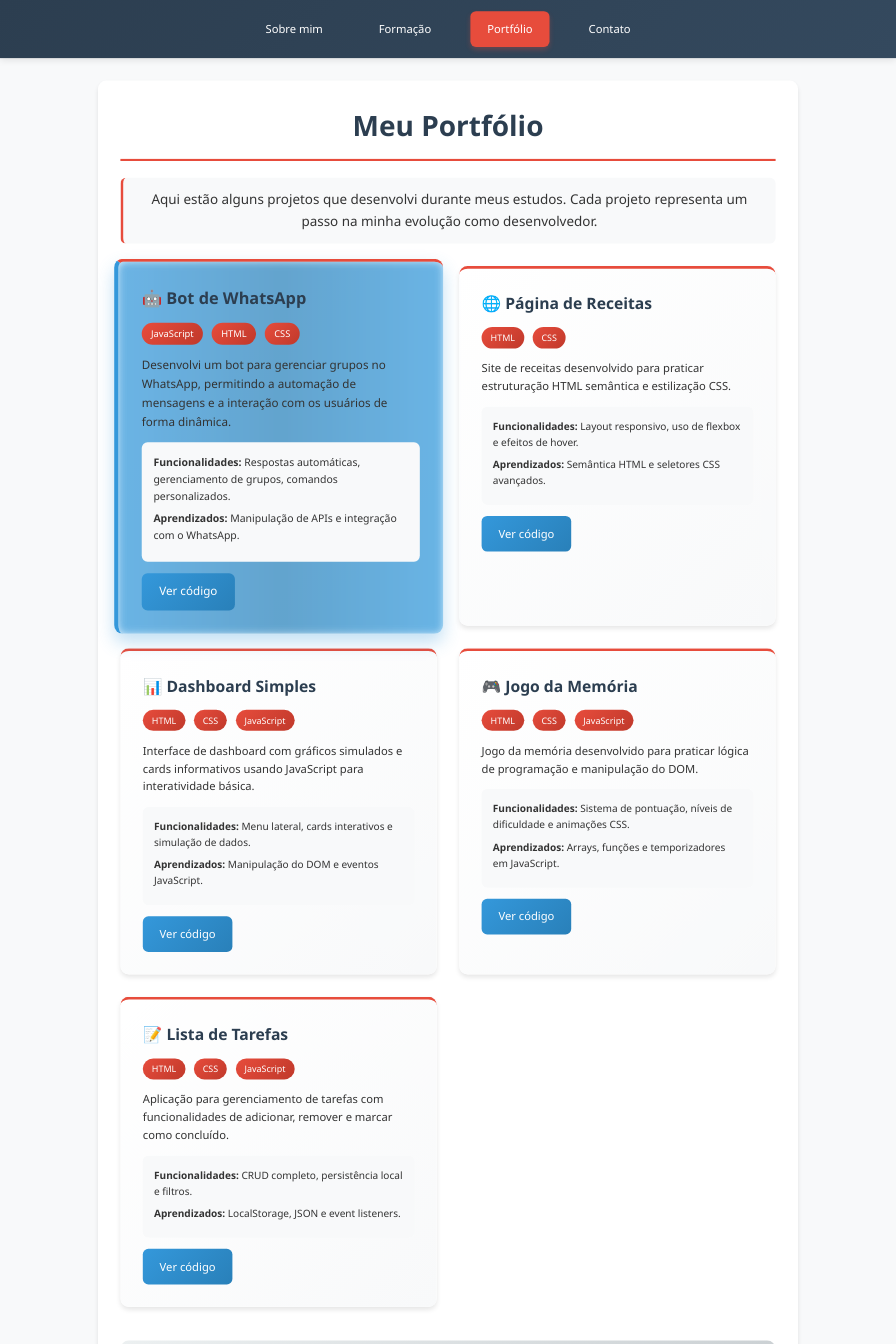
Repository: AnderHonorato/meu-portfolio
Page: portfolio.html
The author's editor kept a copy of each file at every save. The page is drawn from the files as they stood at one save, then again after the next save.
The browser window is 1280 px wide. The pictures show the part of the page from y = 0 to 1920 px (the page is 2792 px tall), at 70% of full size.
The pointer rests on the first visible `.projeto-item.destaque`.

Above is the page before, as saved 2025-08-26 20:31:36.

After the next save:
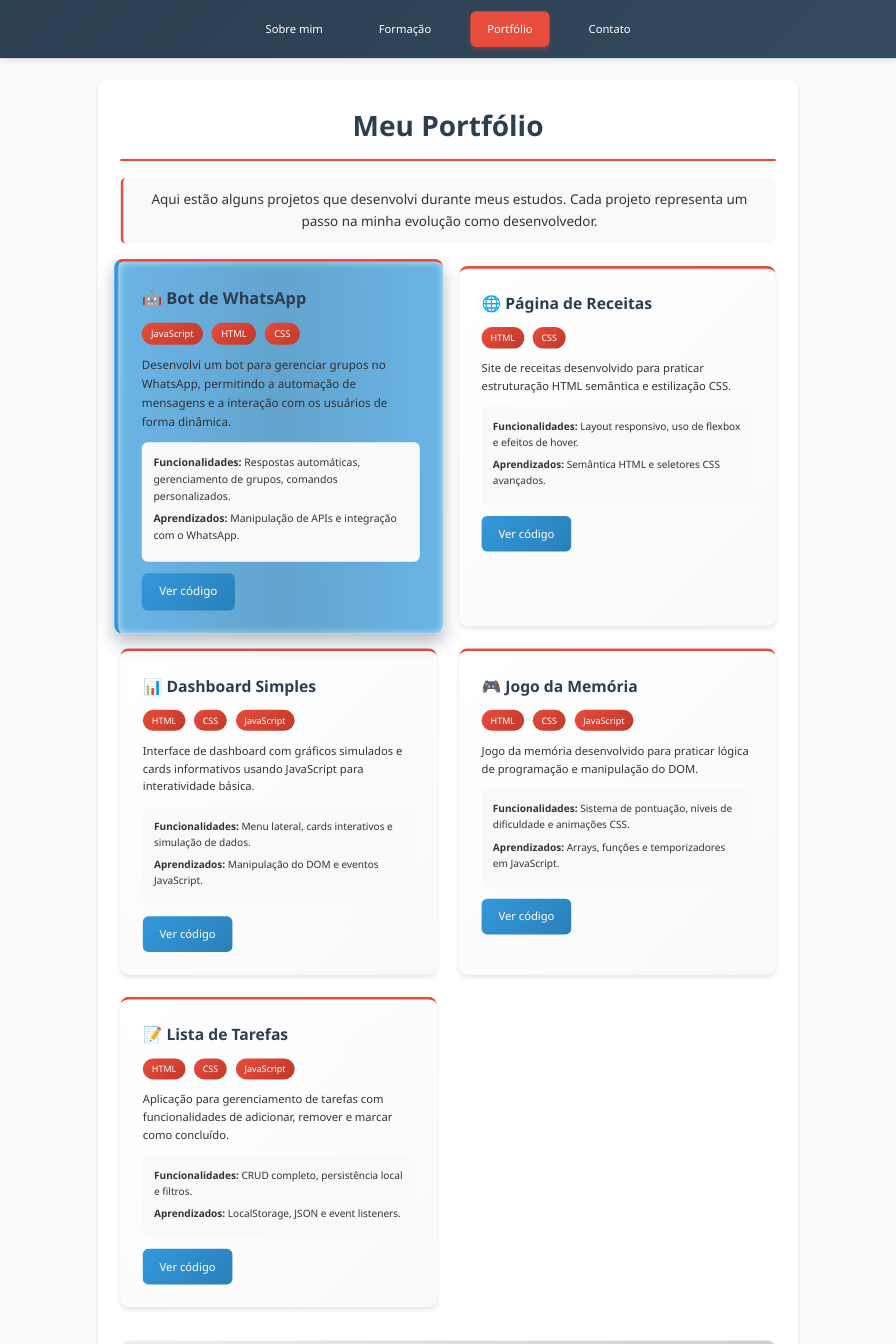
Saved 24 s later.
--- a/css/style.css
+++ b/css/style.css
@@ -701,7 +701,7 @@
 
 .projeto-item.destaque:hover {
     transform: scale(1.04);
-    box-shadow: 0 12px 24px rgba(52, 152, 219, 0.3);
+    box-shadow: 0 12px 24px rgba(9, 38, 58, 0.3);
 }
 
 .projeto-item.destaque::before {

After the save that followed:
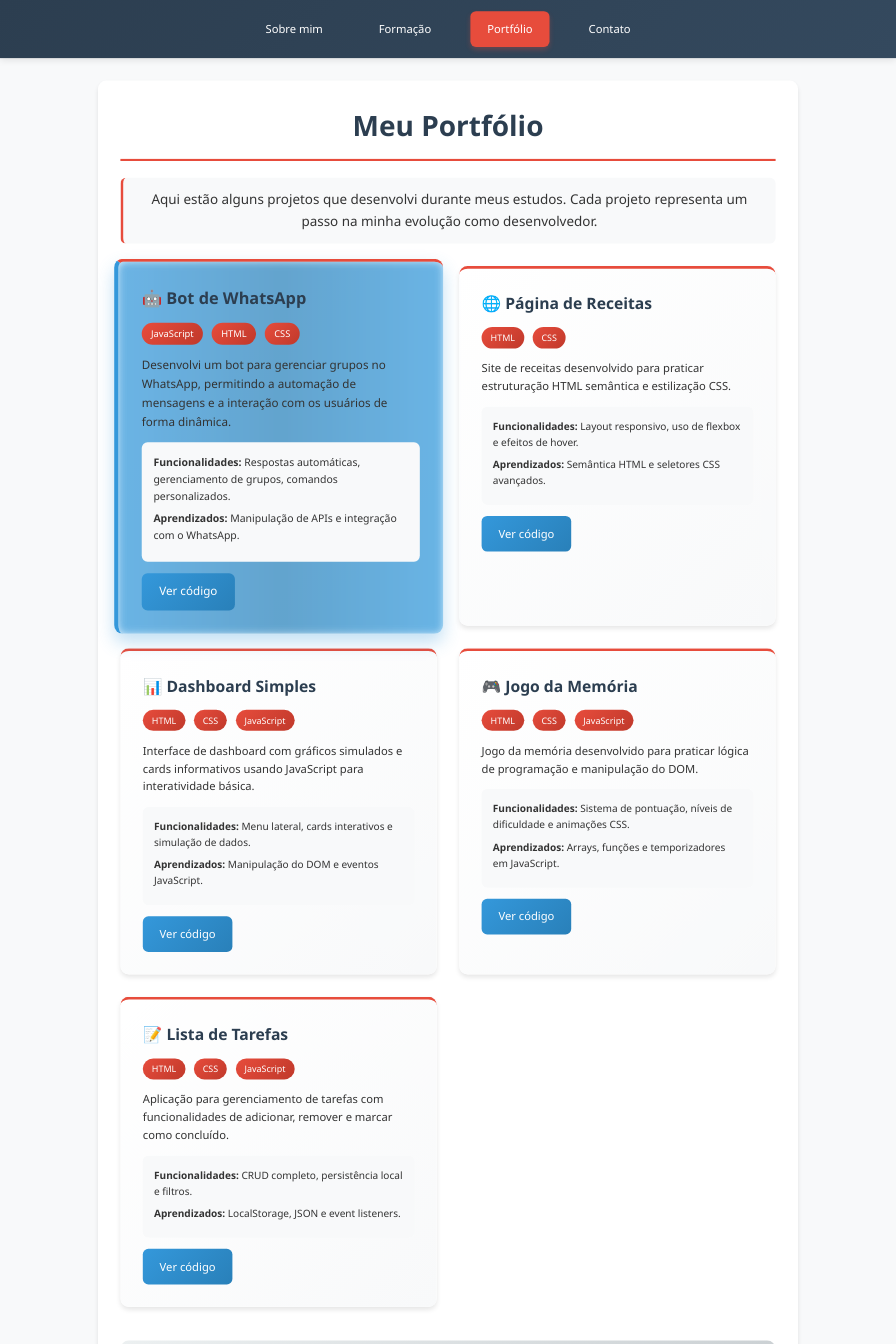
Saved 4 s later.
--- a/css/style.css
+++ b/css/style.css
@@ -701,7 +701,7 @@
 
 .projeto-item.destaque:hover {
     transform: scale(1.04);
-    box-shadow: 0 12px 24px rgba(9, 38, 58, 0.3);
+    box-shadow: 0 12px 24px rgba(52, 152, 219, 0.3);
 }
 
 .projeto-item.destaque::before {
